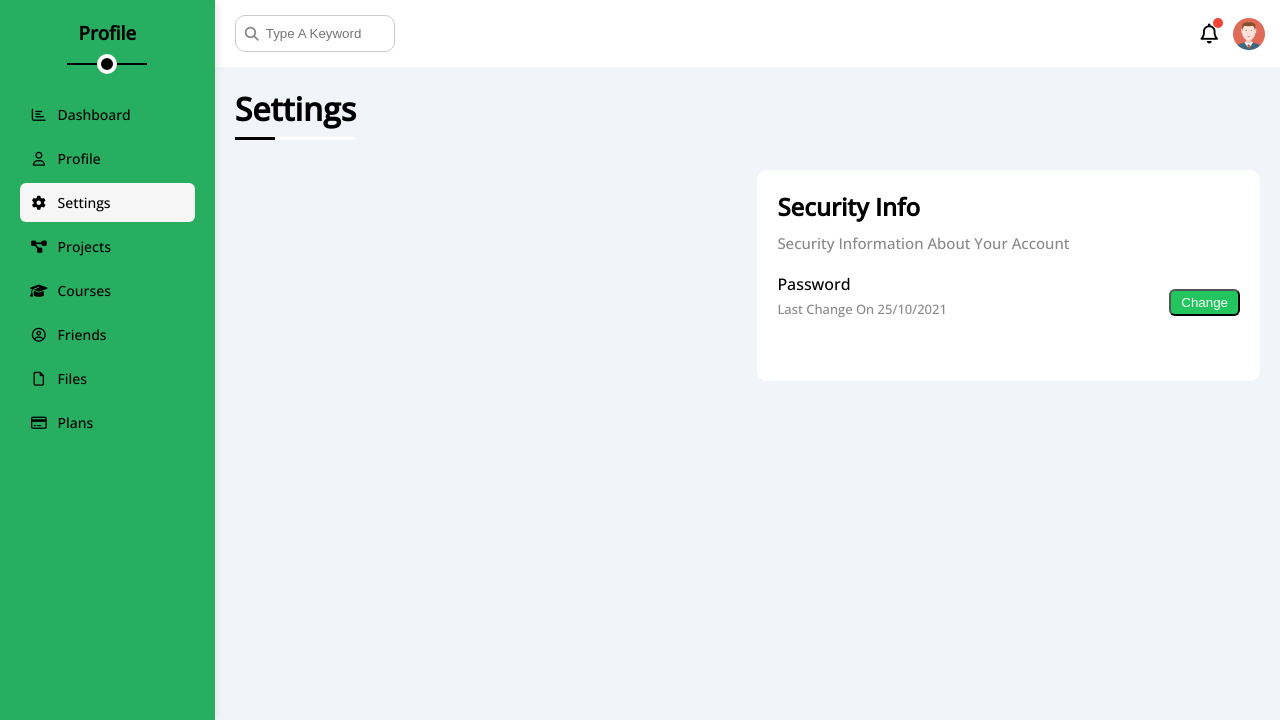
Repository: souhailaniba/Bookly
Page: public/assets/books webstie/settings.html
These files come from the project's save history. The page is drawn as it stood at one moment and after the next save; the edit follows.
The browser window is 1280 px wide. The pictures show the whole page.

Above is the page before, as saved 2023-01-27 14:59:18.

After the next save:
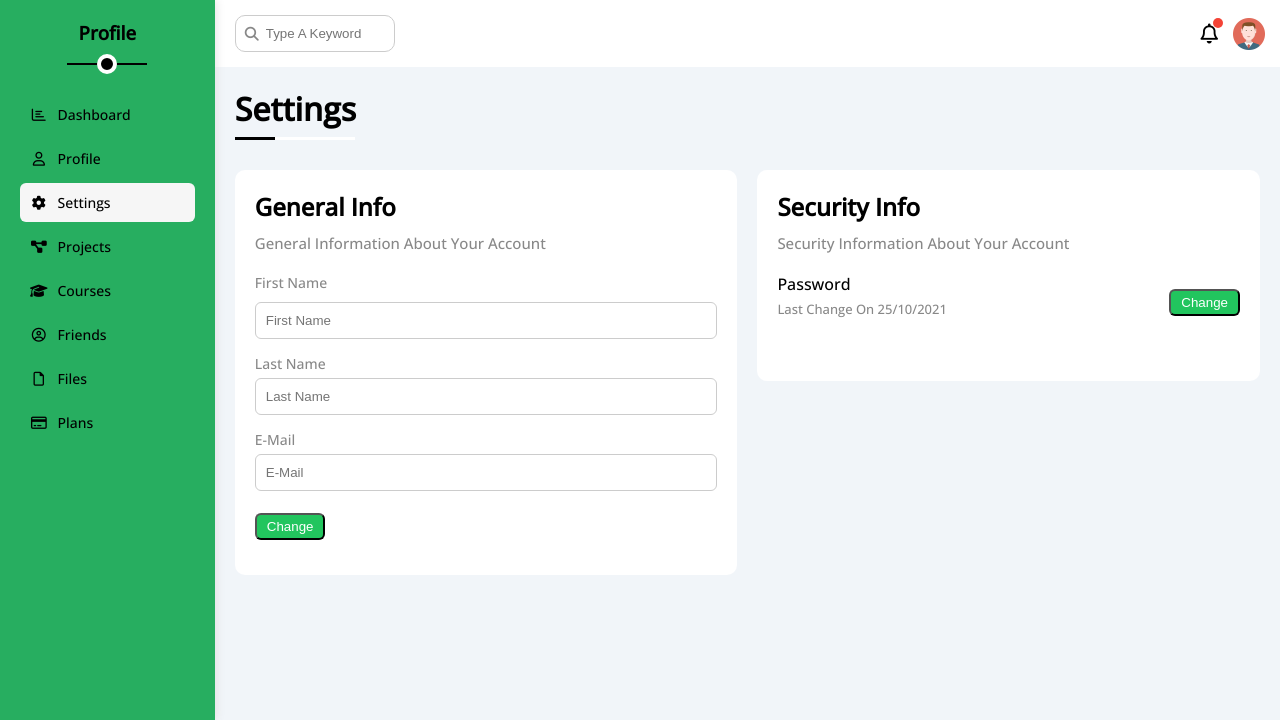
Saved 5 s later.
--- a/public/assets/books webstie/settings.html
+++ b/public/assets/books webstie/settings.html
@@ -84,7 +84,40 @@
         <h1 class="p-relative">Settings</h1>
         <div class="settings-page m-20 d-grid gap-20">
           <form action="">
-
+          <!-- Start Settings Box -->
+          <div class="p-20 bg-white rad-10">
+            <h2 class="mt-0 mb-10">General Info</h2>
+            <p class="mt-0 mb-20 c-grey fs-15">General Information About Your Account</p>
+            <div class="mb-15">
+              <label class="fs-14 c-grey d-block mb-10" for="first">First Name</label>
+              <input
+                class="b-none border-ccc p-10 rad-6 d-block w-full"
+                type="text"
+                id="first"
+                placeholder="First Name"
+              />
+            </div>
+            <div class="mb-15">
+              <label class="fs-14 c-grey d-block mb-5" for="last">Last Name</label>
+              <input
+                class="b-none border-ccc p-10 rad-6 d-block w-full"
+                id="last"
+                type="text"
+                placeholder="Last Name"
+              />
+            </div>
+            <div class="mb-15">
+              <label class="fs-14 c-grey d-block mb-5" for="email">E-Mail</label>
+              <input
+                class="b-none border-ccc p-10 rad-6 d-block w-full"
+                id="email"
+                type="email"
+                placeholder="E-Mail"
+              />
+              <br>
+              <button class="button bg-green c-white btn-shape" type="submit" action="">Change</button>
+            </div>
+          </div>
         </form>
           <!-- End Settings Box -->
           <!-- Start Settings Box -->
